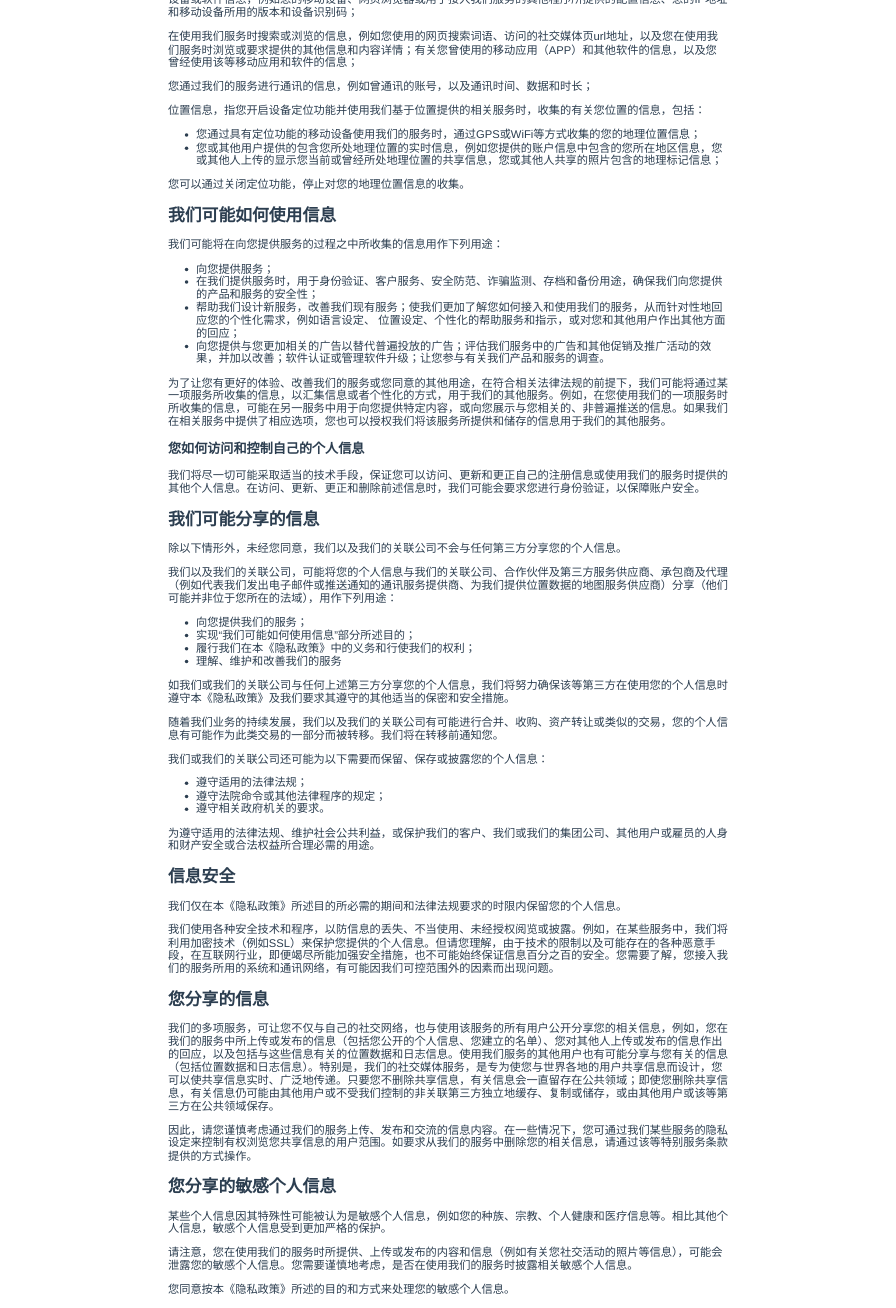
Repository: zl-mdc/privacy-policy
Page: /
The author's editor kept a copy of each file at every save. The page is drawn from the files as they stood at one save, then again after the next save.
The browser window is 1280 px wide. The pictures show the part of the page from y = 708 to 2628 px (the page is 2576 px tall before and 2628 px after), at 70% of full size.
The project was rebuilt for these pictures with package versions that can differ from the ones it lists, and the page was loaded fresh each time.

Above is the page before, as saved 2020-09-17 15:54:27.

After the next save:
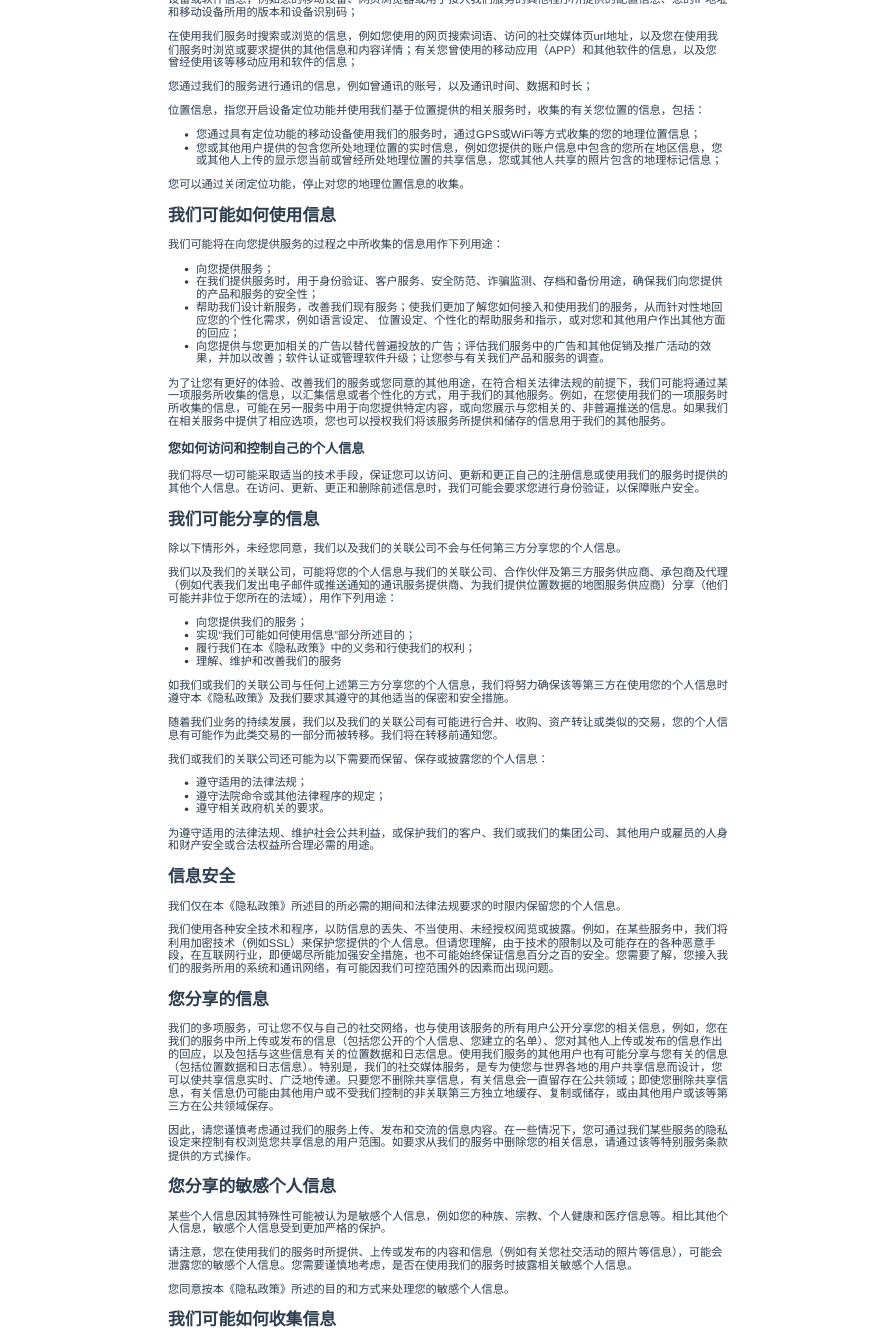
Saved 26 s later.
--- a/src/components/Info.vue
+++ b/src/components/Info.vue
@@ -1,7 +1,7 @@
 <!--
  * @Author: Code_Master
  * @Date: 2020-09-17 15:00:51
- * @LastEditTime: 2020-09-17 15:54:27
+ * @LastEditTime: 2020-09-17 15:54:53
  * @LastEditors: Code_Master
  * @FilePath: /privacy-policy/src/components/Info.vue
  * @Description: The first 90% of the code accounts for the first 90% of the development time. The remaining 10% of the code accounts for the other 90% of the development time.
@@ -75,6 +75,9 @@
           <p>某些个人信息因其特殊性可能被认为是敏感个人信息，例如您的种族、宗教、个人健康和医疗信息等。相比其他个人信息，敏感个人信息受到更加严格的保护。</p>
           <p>请注意，您在使用我们的服务时所提供、上传或发布的内容和信息（例如有关您社交活动的照片等信息），可能会泄露您的敏感个人信息。您需要谨慎地考虑，是否在使用我们的服务时披露相关敏感个人信息。</p>
           <p>您同意按本《隐私政策》所述的目的和方式来处理您的敏感个人信息。</p>
+
+          <h2>我们可能如何收集信息</h2>
+
     </div>
 </template>
 
